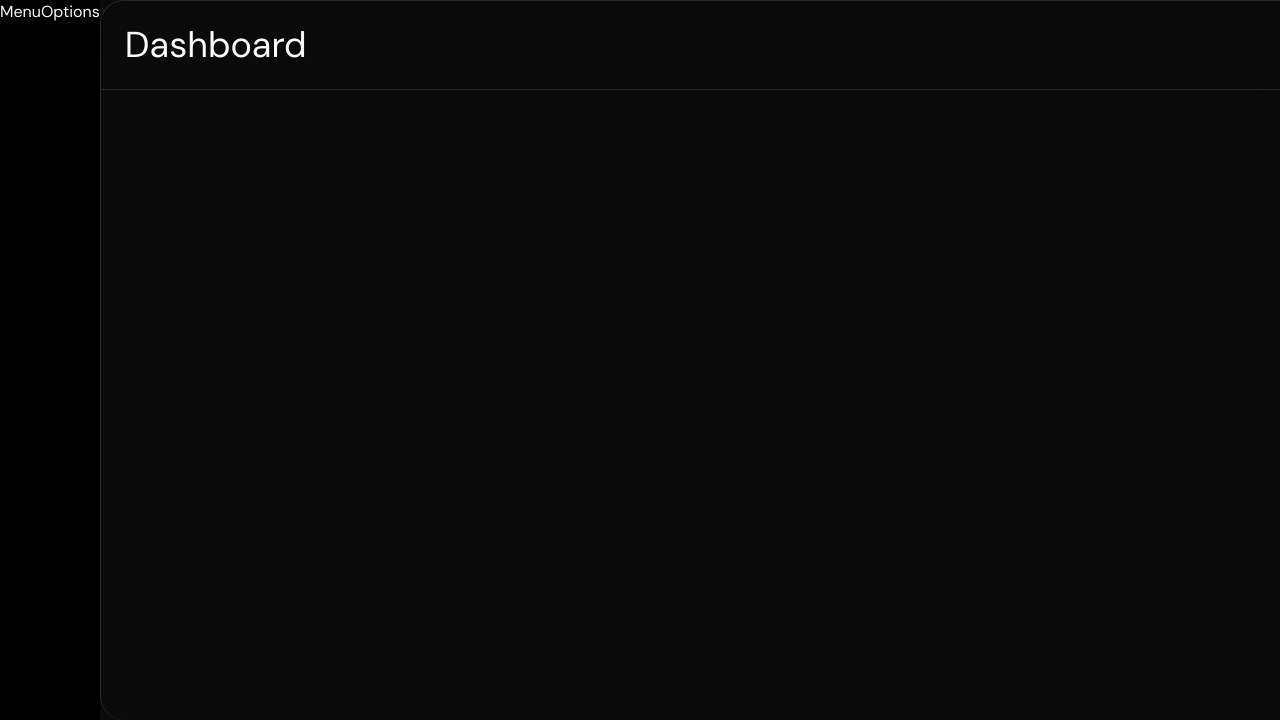
Repository: MikeeBuilds/fuzzi
Page: /dashboard
The author's editor kept a copy of each file at every save. The page is drawn from the files as they stood at one save, then again after a run of saves.
The browser window is 1280 px wide. The pictures show the whole page.
The project was rebuilt for these pictures with package versions that can differ from the ones it lists, and the page was loaded fresh each time. The framework's server and built-in components were replaced by stand-ins that run in the browser. Also part of the build but not shown: next.config.mjs.

Above is the page before, as saved 2024-04-24 15:16:30.

### src/app/layout.tsx
import type { Metadata } from "next";
import { ThemeProvider } from "@/providers/theme-provider"
import { DM_Sans } from "next/font/google";
import "./globals.css";

const font = DM_Sans({ subsets: ["latin"] });

export const metadata: Metadata = {
  title: "Fuzzii",
  description: "Automate your work with Fuzzii",
};

export default function RootLayout({
  children,
}: Readonly<{
  children: React.ReactNode;
}>) {
  return (
    <html lang="en">
      <body className={font.className}>
      <ThemeProvider
            attribute="class"
            defaultTheme="dark"
            enableSystem
            disableTransitionOnChange
          >
        {children}
        </ThemeProvider>
      </body>
    </html>
  );
}

### src/app/(main)/layout.tsx
import React from 'react'
import Sidebar from '@/components/sidebar'

type Props = { children: React.ReactNode }

const Layout = (props: Props) => {
  return (
    <div className='flex overflow-hidden h-screen'>
      <Sidebar />
        <div className='w-full'>
            {props.children}
        </div>
    </div>
  )
}

export default Layout

### src/app/(main)/(pages)/layout.tsx
import React from'react'

type Props = { children: React.ReactNode }

const Layout = ({ children }: Props) => {
    return (
        <div className='border-l-[1px] border-t-[1px] pb-20 h-screen rounded-l-3xl border-muted-foreground/20 overflow-scroll'>
            {children}
        </div>
    )
}

export default Layout

### src/app/(main)/(pages)/dashboard/page.tsx
import React from 'react'


const DashboardPage = () => {
  return (
    <div className='flex flex-col gap-4 relative'>
      <h1 className='text-4xl sticky top-0 z-[10] p-6 bg-background/50 backdrop-blur-lg flex items-center border-b'>
        Dashboard
      </h1>
    </div>
  )
}

export default DashboardPage

### src/providers/theme-provider.tsx
"use client"

import * as React from "react"

import { ThemeProvider as NextThemesProvider } from "next-themes"
import { type ThemeProviderProps } from "next-themes/dist/types"

export function ThemeProvider({ children, ...props }: ThemeProviderProps) {
  return <NextThemesProvider {...props}>{children}</NextThemesProvider>
}

### src/components/sidebar/index.tsx
'use client'

import { usePathname } from 'next/navigation'
import React from 'react'

type Props = {}

const MenuOptions = (props: Props) => {
    const pathName = usePathname()

  return <nav className='dark:bg-black h-screen overflow'>MenuOptions</nav>

}

export default MenuOptions

Loaded but not shown: src/app/globals.css (common file); tailwind.config.ts (common file)

After the next 3 saves:
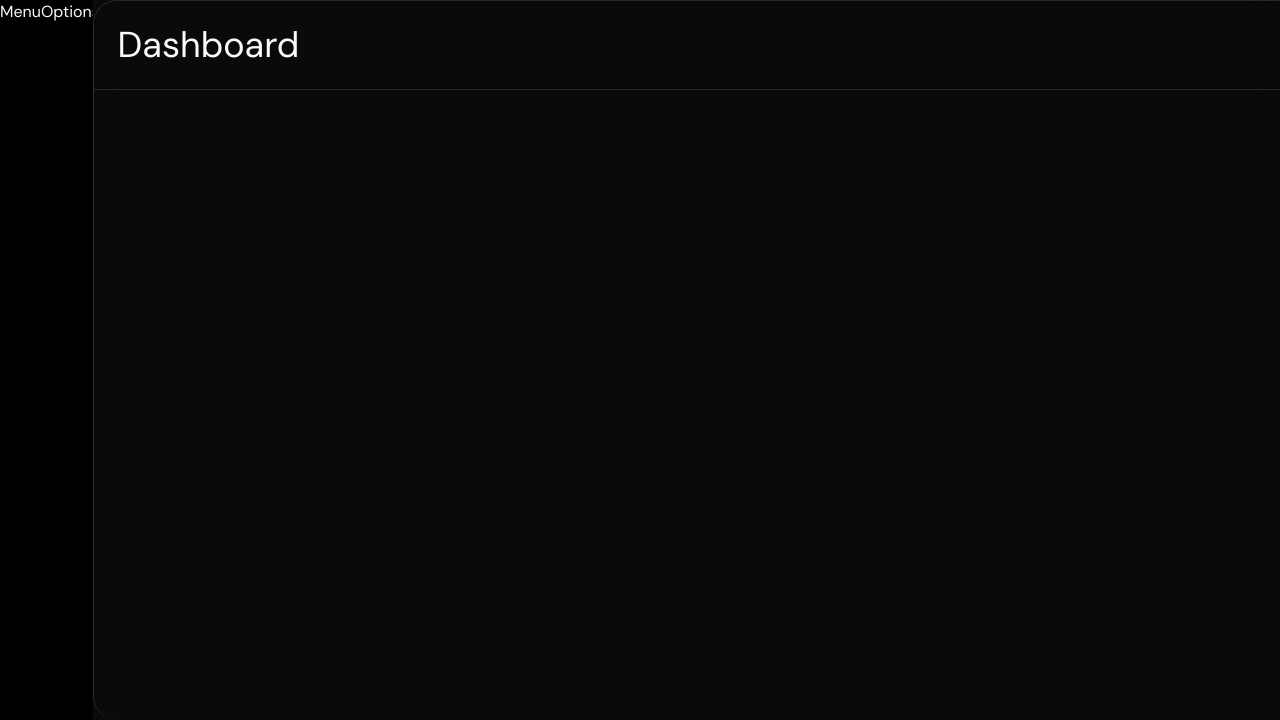
The 3 saves are shown as one change because they came seconds apart.
The last was saved 9 s later.
--- a/src/components/sidebar/index.tsx
+++ b/src/components/sidebar/index.tsx
@@ -8,7 +8,7 @@ type Props = {}
 const MenuOptions = (props: Props) => {
     const pathName = usePathname()
 
-  return <nav className='dark:bg-black h-screen overflow'>MenuOptions</nav>
+  return <nav className='dark:bg-black h-screen overflow-scroll justify-between'>MenuOptions</nav>
 
 }
 
